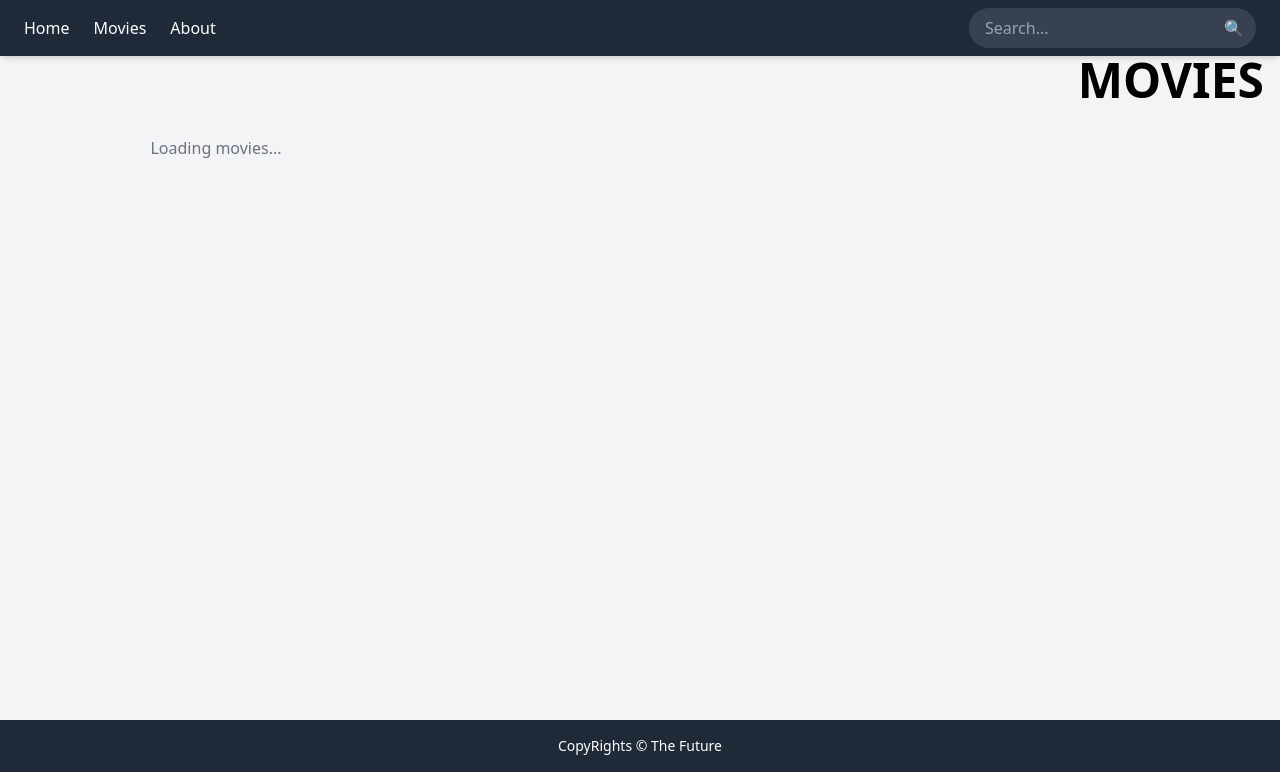
Repository: TheSecretlifeOfX/Movie-Rating
Page: /movies
These files come from the project's save history. The page is drawn as it stood at one moment and after the next save; the edit follows.
The browser window is 1280 px wide. The pictures show the whole page.
The page's requests for data from a server got no answer. The project was rebuilt for these pictures with package versions that can differ from the ones it lists, and the page was loaded fresh each time. The framework's server and built-in components were replaced by stand-ins that run in the browser. No one was signed in, and anything a server would have sent is missing. Also part of the build but not shown: next.config.ts.

Above is the page before, as saved 2024-11-29 08:46:44.

After the next save:
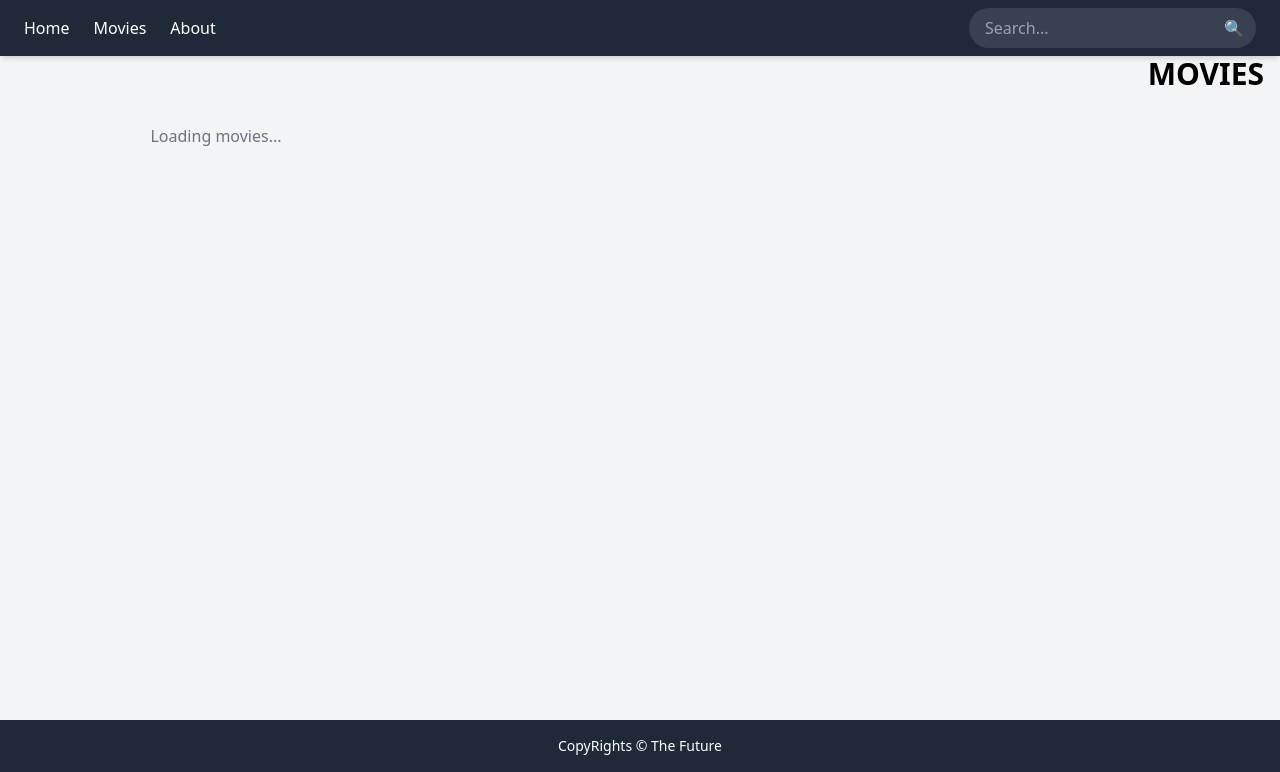
Saved 13 s later.
--- a/app/movies/page.tsx
+++ b/app/movies/page.tsx
@@ -22,7 +22,7 @@ export default function Page() {
   return (
     <main className="p-4 bg-gray-100 min-h-screen">
       {/* Heading */}
-      <h1 className="text-5xl font-bold text-right mt-10 mb-8">MOVIES</h1>
+      <h1 className="text-3xl font-bold text-right mt-10 mb-8">MOVIES</h1>
 
       {/* Movie List */}
       <div className="grid grid-cols-1 md:grid-cols-2 lg:grid-cols-3 gap-6">
